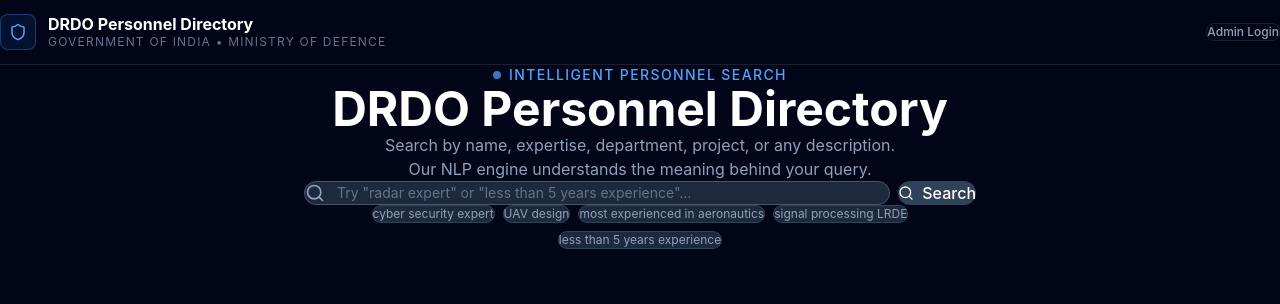
Repository: Mandeepigdtuw/DRDO-Directory
Page: / (app in frontend/)
These files come from the project's save history. The page is drawn as it stood at one moment and after the next save; the edit follows.
The browser window is 1280 px wide. The pictures show the whole page.
The project was rebuilt for these pictures with package versions that can differ from the ones it lists, and the page was loaded fresh each time. Also part of the build but not shown: frontend/vite.config.js, frontend/src/components/PersonnelCard.jsx, frontend/src/components/ProfileModal.jsx, frontend/src/pages/AdminLogin.jsx, frontend/src/components/AdminLayout.jsx, frontend/src/pages/AdminDashboard.jsx, frontend/src/pages/ManagePersonnel.jsx, frontend/src/pages/AddPersonnel.jsx and 3 more.

Above is the page before, as saved 2026-07-20 00:21:24.

### frontend/src/index.css
@import "tailwindcss";
@tailwind base;
@tailwind components;
@tailwind utilities;

* {
  margin: 0;
  padding: 0;
  box-sizing: border-box;
}

body {
  font-family: 'Inter', sans-serif;
  background-color: #0f172a;
  color: #e2e8f0;
}

### frontend/src/App.jsx
// src/App.jsx
import { BrowserRouter, Routes, Route, Navigate } from 'react-router-dom'
import SearchPage from './pages/SearchPage'
import AdminLogin from './pages/AdminLogin'
import AdminDashboard from './pages/AdminDashboard'
import ManagePersonnel from './pages/ManagePersonnel'
import AddPersonnel from './pages/AddPersonnel'
import EditPersonnel from './pages/EditPersonnel'
import AnalyticsDashboard from './pages/AnalyticsDashboard'
import ProtectedRoute from './components/ProtectedRoute'

export default function App() {
  return (
    <BrowserRouter>
      <Routes>
        {/* User Side - Public */}
        <Route path="/" element={<SearchPage />} />

        {/* Admin Login - Public */}
        <Route path="/admin/login" element={<AdminLogin />} />

        {/* Admin Side - Protected (need JWT token) */}
        <Route path="/admin" element={<ProtectedRoute />}>
          <Route path="dashboard" element={<AdminDashboard />} />
          <Route path="personnel" element={<ManagePersonnel />} />
          <Route path="personnel/add" element={<AddPersonnel />} />
          <Route path="personnel/edit/:employee_id" element={<EditPersonnel />} />
          <Route path="analytics" element={<AnalyticsDashboard />} />
        </Route>

        {/* Catch all unknown URLs → redirect to home */}
        <Route path="*" element={<Navigate to="/" />} />
      </Routes>
    </BrowserRouter>
  )
}

### frontend/src/pages/SearchPage.jsx
// src/pages/SearchPage.jsx
import { useState } from 'react'
import { Search, Loader2 } from 'lucide-react'
import Navbar from '../components/Navbar'
import PersonnelCard from '../components/PersonnelCard'
import ProfileModal from '../components/ProfileModal'
import { searchPersonnel, getAllPersonnelPublic } from '../services/api'

export default function SearchPage() {
  const [query, setQuery] = useState('')
  const [results, setResults] = useState([])
  const [loading, setLoading] = useState(false)
  const [searched, setSearched] = useState(false)
  const [selectedPerson, setSelectedPerson] = useState(null)
  const [error, setError] = useState('')

  const isExperienceQuery = (q) => {
    const lower = q.toLowerCase()
    return (
      lower.includes('maximum experience') ||
      lower.includes('most experience') ||
      lower.includes('most experienced') ||
      lower.includes('maximum years') ||
      lower.includes('highest experience') ||
      lower.includes('senior most') ||
      lower.includes('most senior') ||
      lower.includes('experienced scientist') ||
      lower.includes('experienced engineer')
    )
  }

  const isMinExperienceQuery = (q) => {
    const lower = q.toLowerCase()
    return (
      lower.includes('less than') ||
      lower.includes('fewer than') ||
      lower.includes('under') ||
      lower.includes('below') ||
      lower.includes('least experience') ||
      lower.includes('minimum experience') ||
      lower.includes('least experienced') ||
      lower.includes('junior') ||
      lower.includes('entry level') ||
      lower.includes('fresher') ||
      lower.includes('newest') ||
      lower.includes('youngest')
    )
  }

  const extractNumber = (q) => {
    const match = q.match(/\d+/)
    return match ? parseInt(match[0]) : null
  }

  const hasDomainContext = (q) => {
    const experienceWords = [
      'most', 'maximum', 'highest', 'senior', 'experienced',
      'scientist', 'engineer', 'in', 'the', 'field', 'of', 'with'
    ]
    const words = q.toLowerCase().split(' ')
    const domainWords = words.filter(w => w.length > 2 && !experienceWords.includes(w))
    return domainWords.length > 0
  }

  const handleSearch = async () => {
    if (!query.trim()) return
    setLoading(true)
    setError('')
    setSearched(false)

    try {
      let data = []

      if (isMinExperienceQuery(query)) {
        // LEAST / JUNIOR experience query
        const response = await getAllPersonnelPublic()
        let all = [...response.data.results]

        const num = extractNumber(query)
        if (num !== null) {
          all = all.filter(p => p.years_of_experience < num)
        }

        data = all
          .sort((a, b) => a.years_of_experience - b.years_of_experience)
          .map((p, i) => ({
            ...p,
            relevance_score: Math.max(0.99 - i * 0.01, 0.1)
          }))

      } else if (isExperienceQuery(query) && hasDomainContext(query)) {
        // MOST EXPERIENCED in specific domain
        const response = await searchPersonnel(query + '&top_k=30')
        data = [...response.data.results]
          .sort((a, b) => b.years_of_experience - a.years_of_experience)
          .slice(0, 10)
          .map((p, i) => ({
            ...p,
            relevance_score: Math.max(0.99 - i * 0.02, 0.1)
          }))

      } else if (isExperienceQuery(query)) {
        // MOST EXPERIENCED overall
        const response = await getAllPersonnelPublic()
        data = [...response.data.results]
          .sort((a, b) => b.years_of_experience - a.years_of_experience)
          .map((p, i) => ({
            ...p,
            relevance_score: Math.max(0.99 - i * 0.01, 0.1)
          }))

      } else {
        // NORMAL SEMANTIC SEARCH
        const response = await searchPersonnel(query)
        data = response.data.results
      }

      setResults(data)
      setSearched(true)
    } catch (err) {
      setError('Search failed. Please make sure the backend server is running.')
    } finally {
      setLoading(false)
    }
  }

  const handleKeyDown = (e) => {
    if (e.key === 'Enter') handleSearch()
  }

  return (
    <div className="min-h-screen bg-slate-950">
      <Navbar isAdmin={false} />

      <div className="flex flex-col items-center px-4 py-16">
        <div className="mb-3 flex items-center gap-2">
          <div className="w-2 h-2 rounded-full bg-blue-400 animate-pulse" />
          <span className="text-blue-400 text-sm font-medium tracking-widest uppercase">
            Intelligent Personnel Search
          </span>
        </div>

        <h1 className="text-4xl md:text-5xl font-bold text-white text-center mb-3">
          DRDO Personnel Directory
        </h1>
        <p className="text-slate-400 text-center mb-10 max-w-lg text-sm md:text-base">
          Search by name, expertise, department, project, or any description.
          Our NLP engine understands the meaning behind your query.
        </p>

        <div className="w-full max-w-2xl flex gap-2">
          <div className="flex-1 flex items-center bg-slate-800 border border-slate-600 rounded-xl px-4 gap-3 focus-within:border-blue-500 transition-colors">
            <Search className="text-slate-400 shrink-0" size={20} />
            <input
              type="text"
              value={query}
              onChange={(e) => setQuery(e.target.value)}
              onKeyDown={handleKeyDown}
              placeholder='Try "radar expert" or "less than 5 years experience"...'
              className="flex-1 bg-transparent text-white py-4 outline-none placeholder-slate-500 text-sm"
            />
            {query && (
              <button
                onClick={() => { setQuery(''); setResults([]); setSearched(false) }}
                className="text-slate-500 hover:text-white transition-colors text-xl leading-none"
              >
                ×
              </button>
            )}
          </div>
          <button
            onClick={handleSearch}
            disabled={loading || !query.trim()}
            className="bg-blue-600 hover:bg-blue-500 disabled:bg-slate-700 disabled:cursor-not-allowed text-white px-6 rounded-xl font-medium transition-colors flex items-center gap-2 whitespace-nowrap"
          >
            {loading
              ? <Loader2 size={18} className="animate-spin" />
              : <Search size={16} />}
            {loading ? 'Searching...' : 'Search'}
          </button>
        </div>

        <div className="flex flex-wrap gap-2 mt-4 justify-center max-w-2xl">
          {[
            'cyber security expert',
            'UAV design',
            'most experienced in aeronautics',
            'signal processing LRDE',
            'less than 5 years experience',
          ].map((hint) => (
            <button
              key={hint}
              onClick={() => setQuery(hint)}
              className="text-xs text-slate-400 hover:text-blue-400 bg-slate-800 hover:bg-slate-700 px-3 py-1.5 rounded-full border border-slate-700 transition-colors"
            >
              {hint}
            </button>
          ))}
        </div>
      </div>

      <div className="flex flex-col items-center px-4 pb-16">
        <div className="w-full max-w-5xl">
          {error && (
            <div className="text-red-400 bg-red-400/10 border border-red-400/20 rounded-xl p-4 text-center mb-6 text-sm">
              {error}
            </div>
          )}

          {searched && (
            <p className="text-slate-400 text-sm mb-5 text-center">
              {results.length > 0
                ? `${results.length} results for "${query}" — ranked by relevance`
                : `No results found for "${query}"`}
            </p>
          )}

          {results.length > 0 && (
            <div className="grid grid-cols-1 md:grid-cols-2 gap-4">
              {results.map((person, index) => (
                <PersonnelCard
                  key={person.employee_id}
                  person={person}
                  rank={index + 1}
                  onClick={() => setSelectedPerson(person)}
                />
              ))}
            </div>
          )}

          {searched && results.length === 0 && (
            <div className="text-center py-16 text-slate-500">
              <Search size={48} className="mx-auto mb-4 opacity-30" />
              <p className="text-lg">No personnel found matching your query.</p>
              <p className="text-sm mt-2">Try different keywords or a broader search.</p>
            </div>
          )}
        </div>
      </div>

      {selectedPerson && (
        <ProfileModal
          person={selectedPerson}
          onClose={() => setSelectedPerson(null)}
        />
      )}
    </div>
  )
}

### frontend/src/components/Navbar.jsx
// src/components/Navbar.jsx
import { Link, useNavigate, useLocation } from 'react-router-dom'
import { Shield, LogOut, Users, BarChart2, Plus, Search } from 'lucide-react'

export default function Navbar({ isAdmin = false }) {
  const navigate = useNavigate()
  const location = useLocation()

  const handleLogout = () => {
    localStorage.removeItem('admin_token')
    navigate('/admin/login')
  }

  const isActive = (path) =>
    location.pathname === path ||
    location.pathname.startsWith(path + '/')

  if (!isAdmin) {
    return (
      <nav className="w-full border-b border-white/10 bg-slate-950/90 backdrop-blur-xl">
        <div className="flex h-16 w-full items-center justify-between px-6 sm:px-10 lg:px-16">
          <div className="flex items-center gap-3">
            <div className="flex h-9 w-9 items-center justify-center rounded-lg border border-blue-400/30 bg-blue-500/10">
              <Shield size={18} className="text-blue-400" />
            </div>
            <div>
              <p className="text-base font-bold text-white leading-tight">
                DRDO Personnel Directory
              </p>
              <p className="text-xs uppercase tracking-widest text-slate-500">
                Government of India • Ministry of Defence
              </p>
            </div>
          </div>
          <Link
            to="/admin/login"
            className="text-xs font-medium text-slate-400 hover:text-blue-400 transition border border-white/10 hover:border-blue-400/30 px-4 py-2 rounded-lg"
          >
            Admin Login
          </Link>
        </div>
      </nav>
    )
  }

  const navLinks = [
    { to: '/admin/dashboard', label: 'Dashboard', icon: Shield },
    { to: '/admin/personnel', label: 'Personnel', icon: Users },
    { to: '/admin/personnel/add', label: 'Add', icon: Plus },
    { to: '/admin/analytics', label: 'Analytics', icon: BarChart2 },
  ]

  return (
    <nav className="w-full border-b border-white/10 bg-slate-950/90 backdrop-blur-xl">
      <div className="flex h-16 w-full items-center justify-between px-6 sm:px-10 lg:px-16">

        {/* Left — Branding */}
        <div className="flex items-center gap-3 shrink-0">
          <div className="flex h-9 w-9 items-center justify-center rounded-lg border border-blue-400/30 bg-blue-500/10">
            <Shield size={18} className="text-blue-400" />
          </div>
          <div className="hidden sm:block">
            <p className="text-sm font-bold text-white leading-tight">DRDO Admin</p>
            <p className="text-[10px] uppercase tracking-widest text-slate-500">
              Personnel Directory
            </p>
          </div>
        </div>

        {/* Center — Nav Links */}
        <div className="flex items-center gap-1">
          <Link
            to="/"
            className="flex items-center gap-2 px-4 py-2 rounded-lg text-sm font-medium text-slate-400 hover:text-white hover:bg-white/5 transition"
          >
            <Search size={14} />
            <span className="hidden sm:block">Search</span>
          </Link>

          {navLinks.map((link) => {
            const active = isActive(link.to)
            return (
              <Link
                key={link.to}
                to={link.to}
                className={
                  'flex items-center gap-2 px-4 py-2 rounded-lg text-sm font-medium transition ' +
                  (active
                    ? 'bg-blue-500/15 text-blue-400 border border-blue-400/20'
                    : 'text-slate-400 hover:text-white hover:bg-white/5')
                }
              >
                <link.icon size={14} />
                <span className="hidden sm:block">{link.label}</span>
              </Link>
            )
          })}
        </div>

        {/* Right — Logout */}
        <button
          onClick={handleLogout}
          className="flex items-center gap-2 px-4 py-2 rounded-lg text-sm font-medium text-slate-400 hover:text-red-400 hover:bg-red-400/5 border border-transparent hover:border-red-400/20 transition shrink-0"
        >
          <LogOut size={14} />
          <span className="hidden sm:block">Logout</span>
        </button>

      </div>
    </nav>
  )
}

### frontend/src/services/api.js
// src/services/api.js
import axios from 'axios'

const BASE_URL = 'http://localhost:8000'

// Create axios instance pointing to our backend
const api = axios.create({
  baseURL: BASE_URL,
})

// Automatically attach JWT token to every request if it exists
api.interceptors.request.use((config) => {
  const token = localStorage.getItem('admin_token')
  if (token) {
    config.headers.Authorization = `Bearer ${token}`
  }
  return config
})

// ─── AUTH ────────────────────────────────────────
export const loginAdmin = (username, password) =>
  api.post('/auth/login', { username, password })

// ─── SEARCH ──────────────────────────────────────
export const searchPersonnel = (query) =>
  api.get(`/search/?q=${encodeURIComponent(query)}`)


// ─── ADMIN PERSONNEL ─────────────────────────────
export const getAllPersonnel = () =>
  api.get('/admin/personnel')

export const getPersonById = (employee_id) =>
  api.get(`/admin/personnel/${employee_id}`)

export const addPersonnel = (data) =>
  api.post('/admin/personnel', data)

export const updatePersonnel = (employee_id, data) =>
  api.put(`/admin/personnel/${employee_id}`, data)

export const deletePersonnel = (employee_id) =>
  api.delete(`/admin/personnel/${employee_id}`)

// ─── ANALYTICS ───────────────────────────────────
export const getAnalyticsSummary = () =>
  api.get('/admin/analytics/summary')

export const getTopSearches = () =>
  api.get('/admin/analytics/top-searches')

export const getSearchTrends = () =>
  api.get('/admin/analytics/trends')

export const getDepartmentStats = () =>
  api.get('/admin/analytics/department-stats')

export const getZeroResults = () =>
  api.get('/admin/analytics/zero-results')

// Add this to the bottom of src/services/api.js
export const getAllPersonnelPublic = () =>
  api.get('/search/all')

Loaded but not shown: frontend/src/main.jsx (common file)

After the next save:
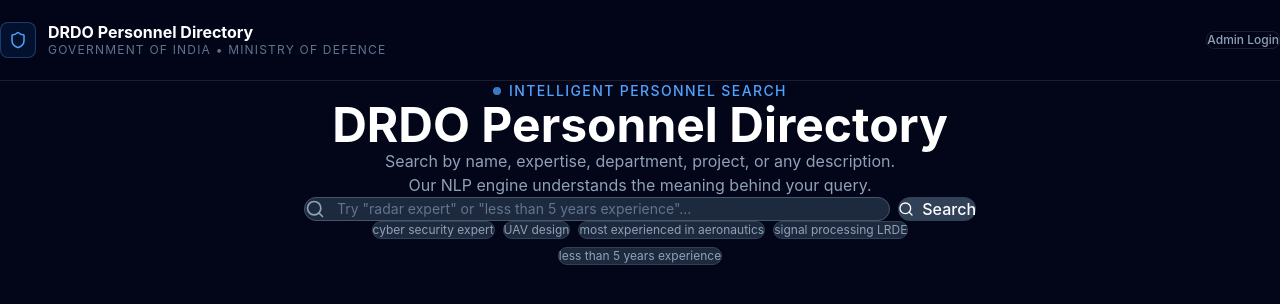
Saved 103 s later.
--- a/frontend/src/components/Navbar.jsx
+++ b/frontend/src/components/Navbar.jsx
@@ -18,7 +18,7 @@
   if (!isAdmin) {
     return (
       <nav className="w-full border-b border-white/10 bg-slate-950/90 backdrop-blur-xl">
-        <div className="flex h-16 w-full items-center justify-between px-6 sm:px-10 lg:px-16">
+        <div className="flex h-20 w-full items-center justify-between px-6 sm:px-10 lg:px-16">
           <div className="flex items-center gap-3">
             <div className="flex h-9 w-9 items-center justify-center rounded-lg border border-blue-400/30 bg-blue-500/10">
               <Shield size={18} className="text-blue-400" />
@@ -52,7 +52,7 @@
 
   return (
     <nav className="w-full border-b border-white/10 bg-slate-950/90 backdrop-blur-xl">
-      <div className="flex h-16 w-full items-center justify-between px-6 sm:px-10 lg:px-16">
+      <div className="flex h-20 w-full items-center justify-between px-6 sm:px-10 lg:px-16">
 
         {/* Left — Branding */}
         <div className="flex items-center gap-3 shrink-0">
